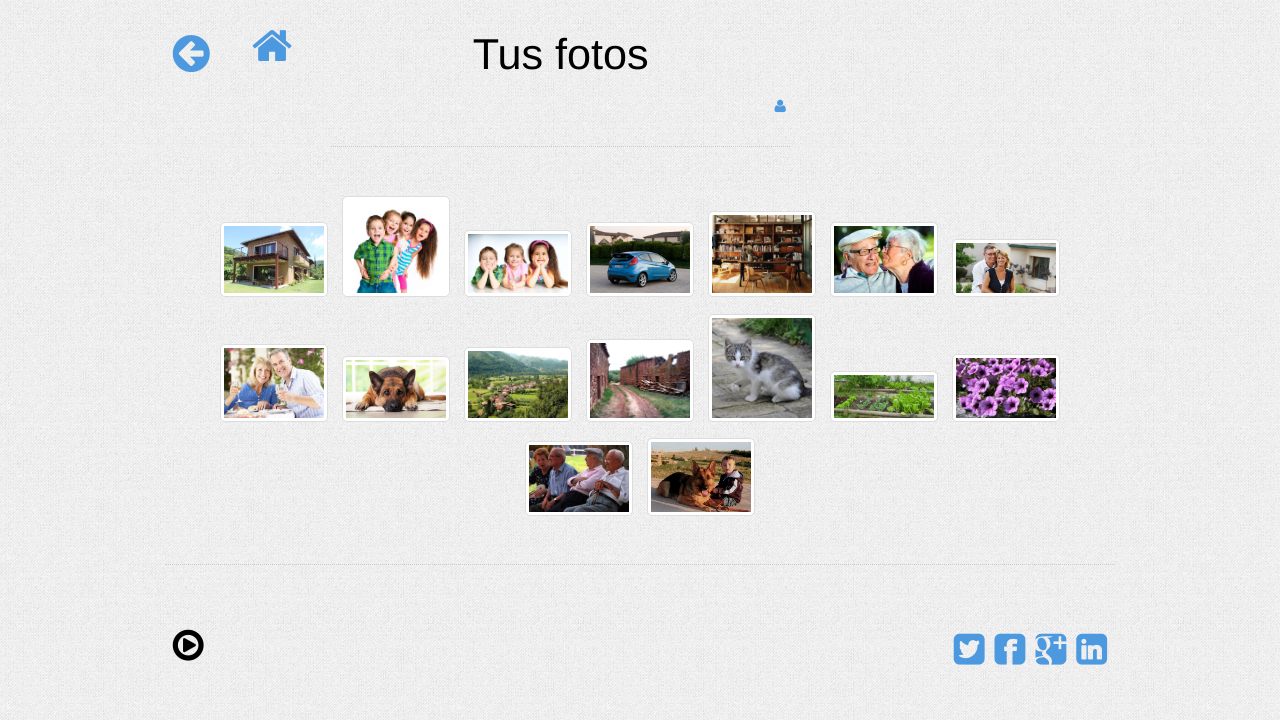
Repository: SCeruso/RememberMe
Page: presentacion_imagenes.html
The author's editor kept a record of every edit. The page is drawn from the files as they stood at one moment, then again after the next edit.
The browser window is 1280 px wide. The pictures show the whole page.
Some web libraries are served in a nearby version.

Above is the page before.

After the next edit:
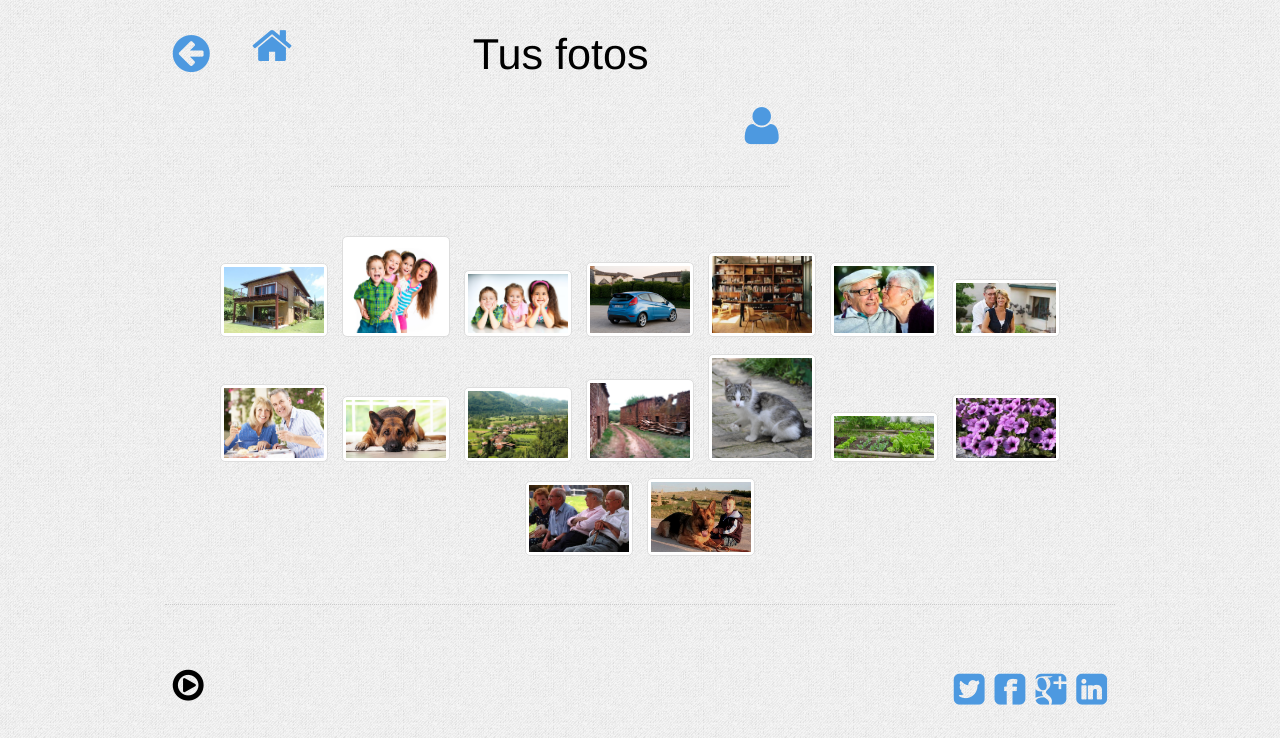
The edit:
--- a/presentacion_imagenes.html
+++ b/presentacion_imagenes.html
@@ -34,7 +34,8 @@
 		<div class="col_6">
             <h2 class="center">
         	        <p>Tus fotos</p>
-        	    </h2>
+        	</h2>
+        <h2>
       	<a href = "perfil.html">
         	<i class="icon-user icon-border pull-right"></i>
 		</a>
